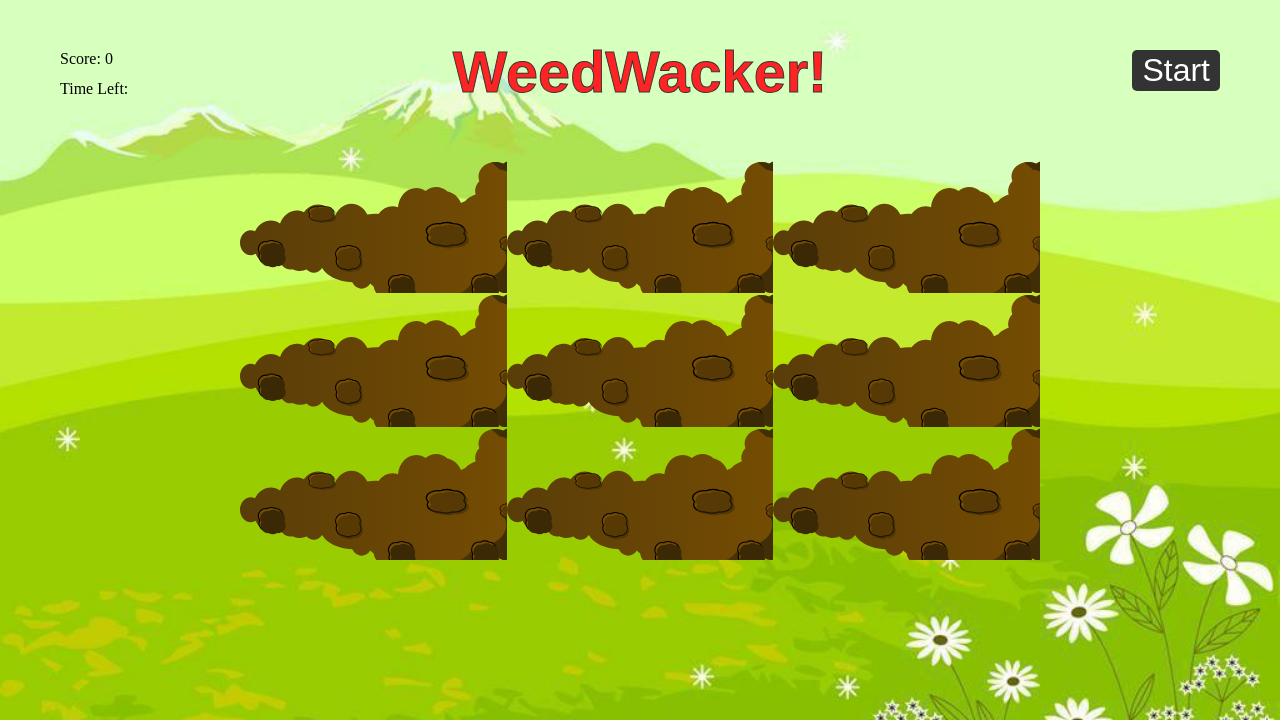
Repository: AustinW24/weedwacker
Page: index.html
An editor plug-in stored every save of this project. The page is shown before and after a run of saves, followed by the edit.
The browser window is 1280 px wide. The pictures show the whole page.
Some web fonts or font styles are not loaded; a fallback is used.

Above is the page before, as saved 2022-02-11 10:15:05.

### index.html
<!DOCTYPE html>
<html lang="en">
<head>
    <meta charset="UTF-8">
    <meta name="viewport" content="width=device-width, initial-scale=1.0">
    <meta http-equiv="X-UA-Compatible" content="ie=edge">
    <title>WeedWacker</title>
    <link href="http://fonts.cdnfonts.com/css/common-pixel" rel="stylesheet">
    <link rel="stylesheet" href="style.css">
</head>

<body>
    <div class="container">
        <div class="score">Score: 0</div>
        <div class="timer">Time Left: </div>
        <div class="heading">
            <h1 class="title">WeedWacker!</h1>
        </div>
        <div class="start">
            <button onClick="startGame()">Start</button>
        </div>
        <div class="game">
            <div class="hole hole1">
                <div class="plant"></div>
            </div>
            <div class="hole hole2">
                <div class="plant"></div>
            </div>
            <div class="hole hole3">
                <div class="plant"></div>
            </div>
            <div class="hole hole4">
                <div class="plant"></div>
            </div>
            <div class="hole hole5">
                <div class="plant"></div>
            </div>
            <div class="hole hole6">
                <div class="plant"></div>
            </div>
            <div class="hole hole7">
                <div class="plant"></div>
            </div>
            <div class="hole hole8">
                <div class="plant"></div>
            </div>
            <div class="hole hole9">
                <div class="plant"></div>
            </div>
        </div>
    </div>
            <script src="main.js"></script>
</body>
</html>

### style.css
html{
    box-sizing: border-box;
    margin: 0 auto;
}

*, *:before, *:after {
    box-sizing: inherit;
}

body {
    margin: 0;
    padding: 0;

}

.container {
    height: 100vh;
    width: 100vw;
    background: url("/assets/wwbackground.png") no-repeat center;
    background-size: 100%;
    display: flex;
    align-items: center;
    justify-content: center;
    position: relative;
    overflow: hidden;
}

.game {
    display: flex;
    flex-wrap: wrap;
    width: 800px;
    height: 400px;
    margin: 0 auto;
}
.hole {
    flex: 1 0 33.33%;
    overflow: hidden;
    position: relative;
    background: url("/assets/dirt.svg")
}

button {
    font-size: 2rem;
    cursor: pointer;
    border: none;
    background: #333;
    color: #fff;
    border-radius: 5px;
    padding: 2px 10px 2px 10px;
    transition: all 0.5s ease;
}

.heading {
    display: flex;
    position: absolute;
    top: 0;
    margin-top: 0%;
    font-family: 'Common Pixel', sans-serif;
    color: rgb(255, 35, 35);
    font-size: 2vw;
    font-size: 4vh;
    -webkit-text-stroke-width: 1px;
    -webkit-text-stroke-color: rgb(53, 53, 53);
}

.score {
    left: 0;
    position: absolute;
    top: 0;
    margin-top: 50px;
    margin-left: 60px;
}

.start {
    right: 0;
    position: absolute;
    top: 0;
    margin-top: 50px;
    margin-right: 60px;
}

.timer {
    left: 0;
    position: absolute;
    top: 0;
    margin-top: 80px;
    margin-left: 60px;
}

Loaded but not shown: assets/dirt.svg (40 lines, source omitted); main.js (no stored copy; drawn as an empty file)

After the next 3 saves:
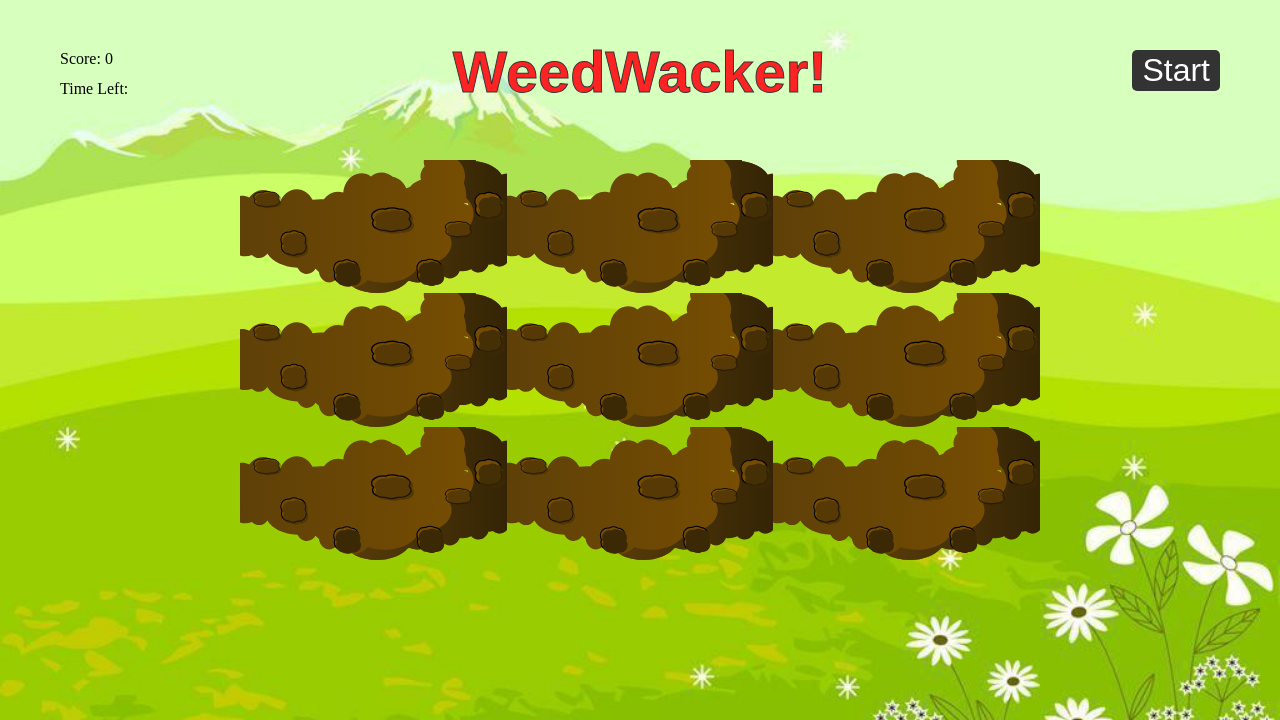
The 3 saves are shown as one change because they came seconds apart.
The last was saved 16 s later.
--- a/style.css
+++ b/style.css
@@ -36,7 +36,7 @@ body {
     flex: 1 0 33.33%;
     overflow: hidden;
     position: relative;
-    background: url("/assets/dirt.svg")
+    background: url("/assets/dirt.svg") bottom center
 }
 
 button {
